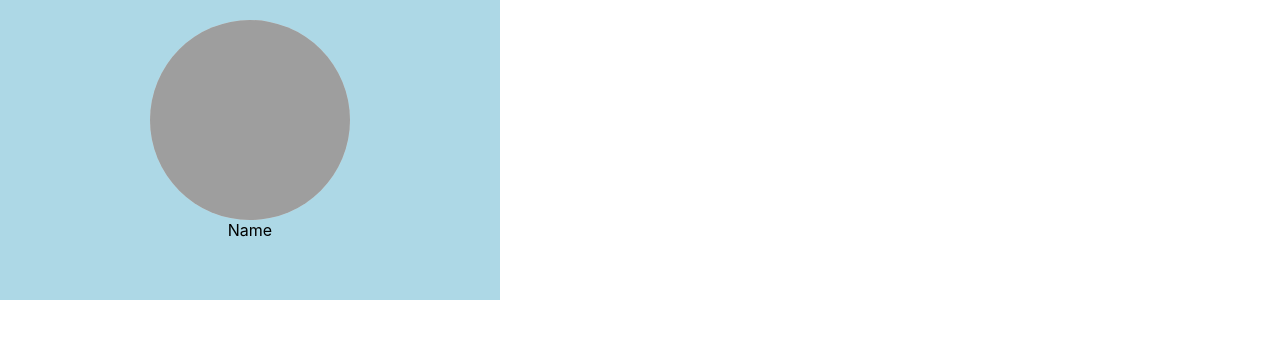
Repository: YEOMJINSEOP/React
Page: / (app in simpleExample/nameCard/)
The author's editor kept a copy of each file at every save. The page is drawn from the files as they stood at one save, then again after the next save.
The browser window is 1280 px wide. The pictures show the whole page.
Pictures or frames that could not be fetched are drawn as grey boxes. The project was rebuilt for these pictures with package versions that can differ from the ones it lists, and the page was loaded fresh each time. Also part of the build but not shown: simpleExample/nameCard/src/app.css.

Above is the page before, as saved 2023-01-06 14:55:12.

After the next save:
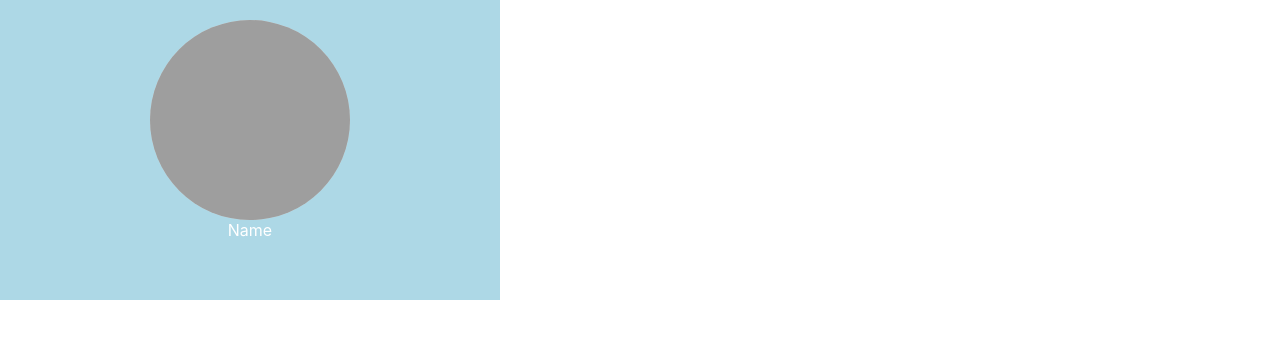
Saved 9 s later.
--- a/simpleExample/nameCard/src/nameCard.module.css
+++ b/simpleExample/nameCard/src/nameCard.module.css
@@ -15,3 +15,7 @@
   border-radius: 100%;
   margin-top: 20px;
 }
+
+.name {
+  color: white;
+}
